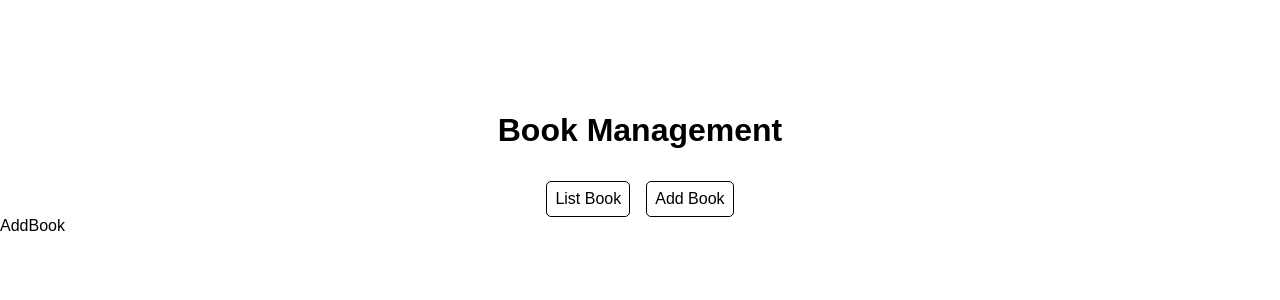
Repository: wakoya-tech/e-library-app1
Page: /add
An editor plug-in stored every save of this project. The page is shown before and after the next save, followed by the edit.
The browser window is 1280 px wide. The pictures show the whole page.
The project was rebuilt for these pictures with package versions that can differ from the ones it lists, and the page was loaded fresh each time. Also part of the build but not shown: vite.config.js, src/components/ListBook.jsx.

Above is the page before, as saved 2025-10-11 21:38:47.

After the next save:
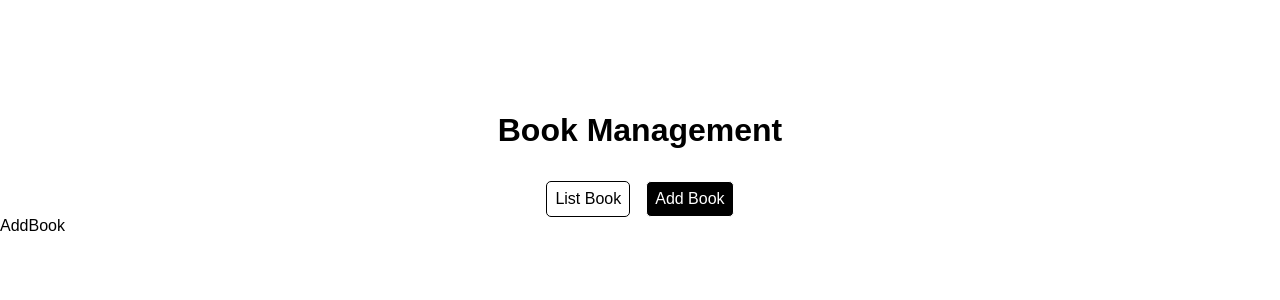
Saved 22 s later.
--- a/src/components/Header.jsx
+++ b/src/components/Header.jsx
@@ -11,11 +11,11 @@ function Header(){
     <h1>Book Management</h1>
     <nav>
        {navigation.map(nav=>(
-        <a
-        key={nav.name}
+        <NavLink
+       key={nav.name}
         to={nav.path}>
 {nav.name}
-        </a>
+        </NavLink>
        ))}
          </nav>
 </header>
